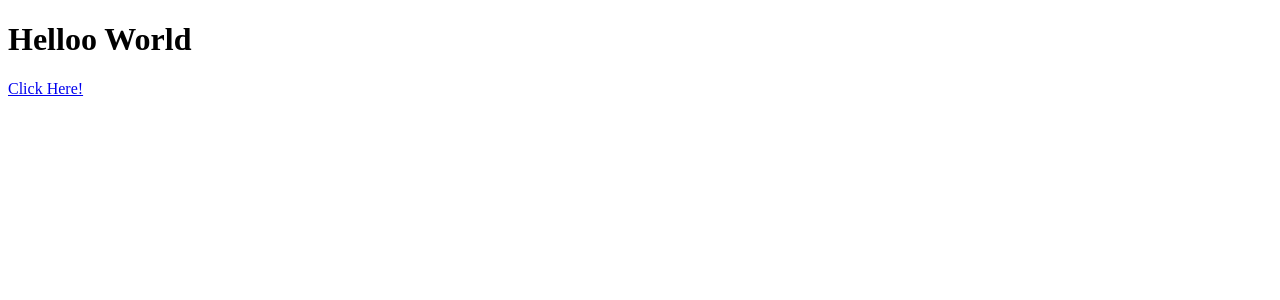
Repository: derekpwwong/jee-workspace
Page: workspace/WebServlet/WebContent/index.html
These files come from the project's save history. The page is drawn as it stood at one moment and after the next save; the edit follows.
The browser window is 1280 px wide. The pictures show the whole page.

Above is the page before, as saved 2016-10-08 19:19:10.

After the next save:
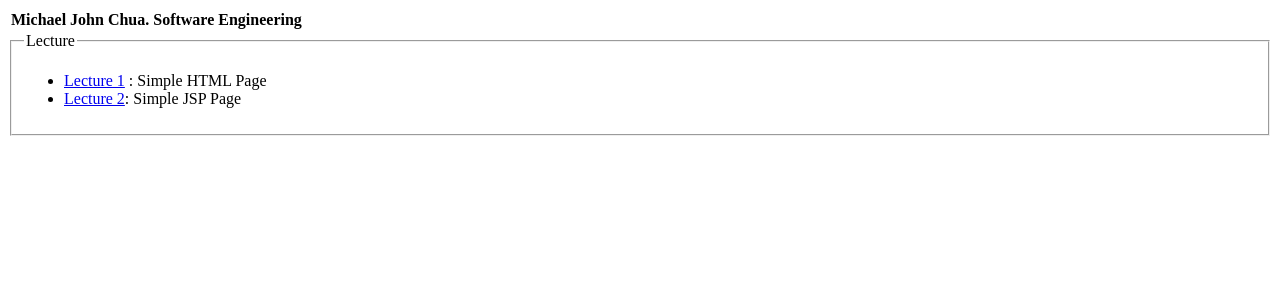
Not found: workspace/WebServlet/WebContent/styles.css
Saved 11 s later.
--- a/workspace/WebServlet/WebContent/index.html
+++ b/workspace/WebServlet/WebContent/index.html
@@ -2,10 +2,27 @@
 <html>
 <head>
 <meta charset="ISO-8859-1">
-<title>INtroduction to JEE</title>
+<title>Index</title>
+<link rel="stylesheet" type ="text/css" href="styles.css">
 </head>
 <body>
-<h1>Helloo World</h1>
-<a href="test.html">Click Here!</a>
+<Div>
+<table>
+<tr>
+<th class="title" align="center">
+Michael John Chua. Software Engineering
+</th>
+</tr>
+</table>
+</Div>
+<Form>
+<fieldset>
+<legend> Lecture</legend>
+<ul>
+<li><a href="Lecture1.html">Lecture 1</a> : Simple HTML Page</li>
+<li><a href="lecture2.jsp">Lecture 2</a>: Simple JSP Page</li>
+</ul>
+</fieldset>
+</Form>
 </body>
 </html>
